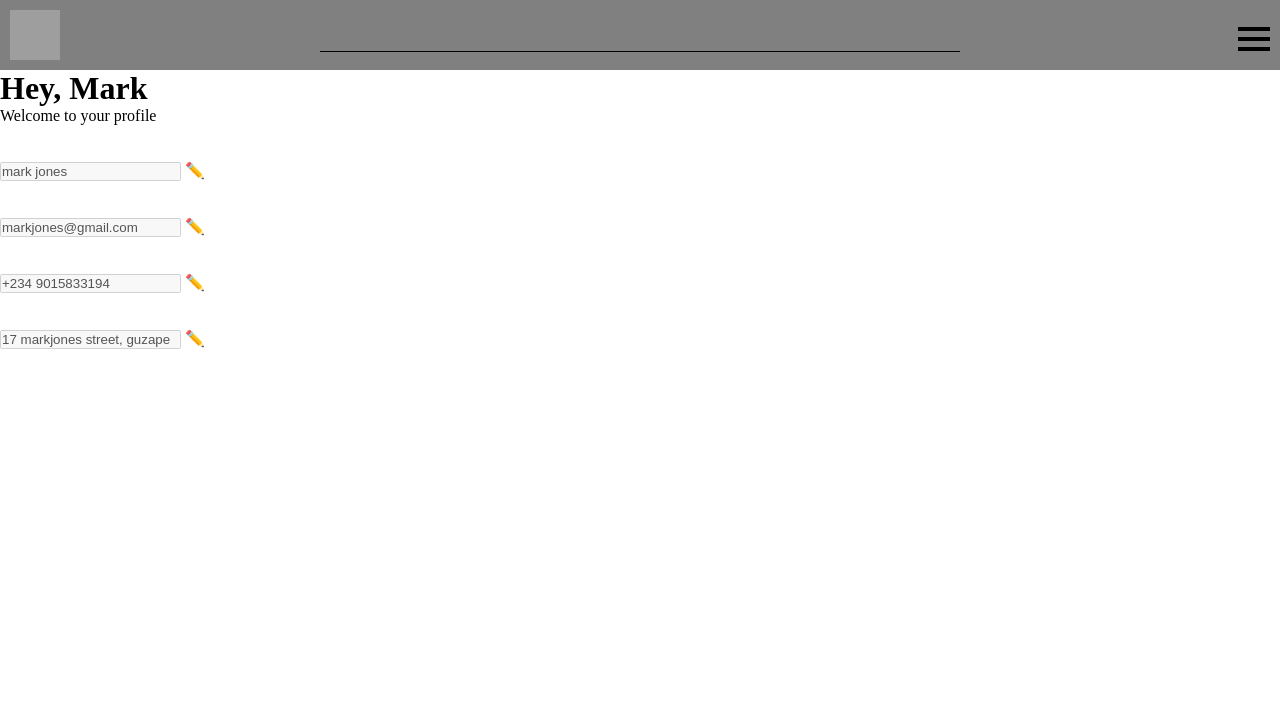
Repository: cmd-keyu/mobileppsh
Page: pages/account.html
An editor plug-in stored every save of this project. The page is shown before and after the next save, followed by the edit.
The browser window is 1280 px wide. The pictures show the whole page.
Pictures or frames that could not be fetched are drawn as grey boxes.

Above is the page before, as saved 2024-11-12 18:40:51.

After the next save:
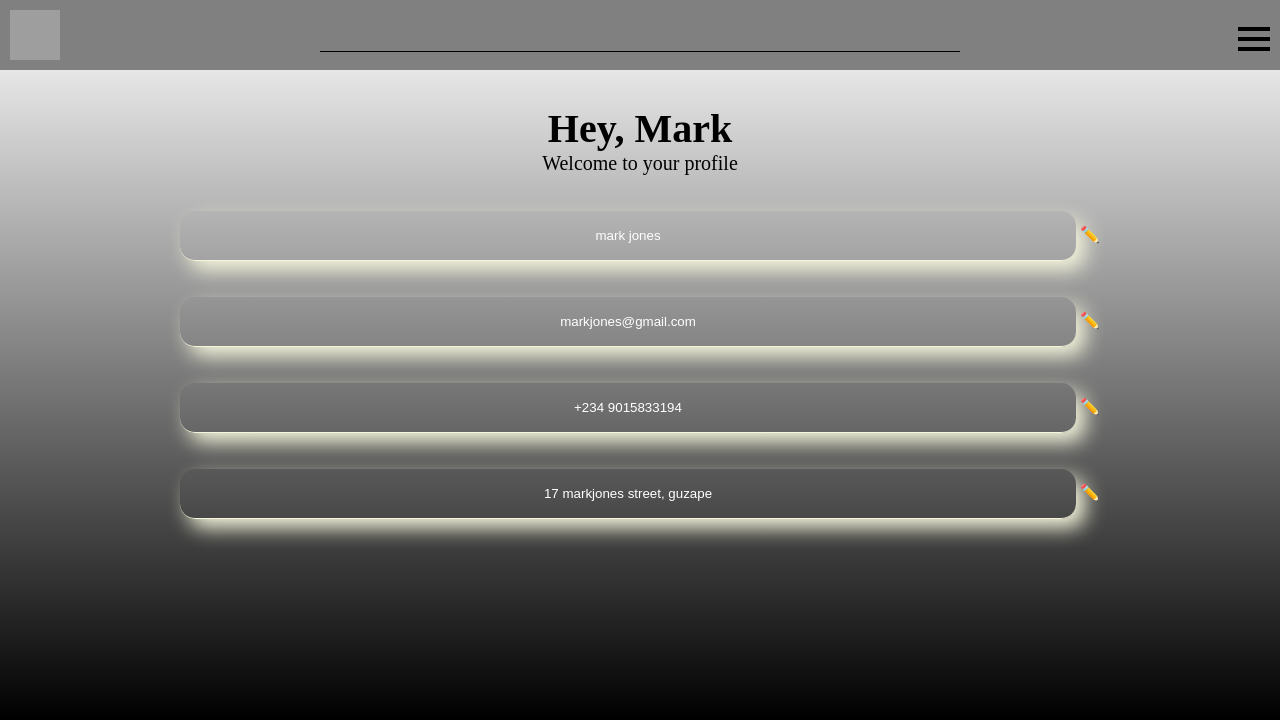
Saved 68 s later.
--- a/css/account.css
+++ b/css/account.css
@@ -10,6 +10,11 @@
   background-color: gray;
   width: 100%;
   height: 70px;
+}
+
+body{
+  background:linear-gradient(white, black) no-repeat;
+  height: 100vh;
 }
 
 .nav2 {
@@ -78,10 +83,12 @@ a:hover {
 .account-sidebar {
   width: 40vw;
   height: 100vh;
-  background-color: gray;
-  border: solid rgba(0, 0, 0, 0.12) 1px;
-  display: none;
-  /* color:rgb(130, 107, 78); */
+  /* background-color: gray; */
+  /* border: solid rgba(0, 0, 0, 0.12) 1px; */
+  display: none;
+  /* position: fixed; */
+  /* left: 0; */
+
 }
 
 .disbtn {
@@ -93,7 +100,7 @@ a:hover {
 }
 
 .sidebar_opens {
-  border-top: solid black 1px;
+  border-top: solid gray 5px;
   height: 11%;
   width: 100%;
   text-align: center;
@@ -101,11 +108,13 @@ a:hover {
   background-color: lightgrey;
   font-family:Georgia, 'Times New Roman', Times, serif;
   font-weight: bold;
+  background-color: black;
+  color: white;
 
 }
 
 .sidebar_opens2 {
-  border-top: solid black 1px;
+  border-top: solid gray  5px;
   height: 11%;
   width: 100%;
   text-align: center;
@@ -113,6 +122,8 @@ a:hover {
   background-color: lightgrey;
   font-family:Georgia, 'Times New Roman', Times, serif;
   font-weight: bold;
+  color: white;
+  background-color: black;
 
 }
 
@@ -135,7 +146,6 @@ footer h2{
 
 .footup{
      text-align: center;
-     /* border: 1px solid rgb(7, 7, 89); */
      background-color:rgb(2, 2, 31);
      padding: 10px;
      border-bottom: 1px solid wheat;
@@ -158,3 +168,114 @@ footer h2{
   font-size: 17px;
   margin-left: 10px;
 }
+
+.dispdiv1{
+  margin-top: 35px;
+}
+
+.profile_text0{
+  text-align: center;
+  font-size: 20px
+}
+
+
+.move_input{
+  display: flex;
+  flex-direction: column;
+  justify-self: center;
+}
+
+.hi{
+  text-align: center;
+  border: none;
+  width: 70vw;
+  border-radius: 15px;
+  height: 50px;
+  background-color: inherit;
+  border-bottom: solid beige 1px;
+  box-shadow: 9px 9px 20px beige;
+  color: white;
+
+}
+
+.myorders_topbar{
+  display: flex;
+  justify-content: space-between;
+}
+.opoh{
+  height: 10vh;
+  border: solid white 0.1px;
+  width: 50vw;
+  text-align: center;
+  background-color: black;
+  color: white;
+  font-size: large;
+}
+
+.ordertime{
+  margin-top: 10px;
+  background-color: black;
+  color:white;
+  width: 100vw;
+  height: 10vh;
+  text-align: left;
+  padding: 10px;
+}
+
+.product-container {
+  display: flex;
+  overflow-x: scroll;
+  height: fit-content;
+  overflow-y: hidden;
+  margin-bottom: 5px;
+  box-sizing: border-box;
+}
+
+.product {
+  display: flex;
+  flex-direction: column;
+  background-color: white;
+  border-bottom: solid black 1px;
+  border-top: solid black 1px;
+  text-align: center;
+  padding: 10px;
+  border-radius: 10px;
+  width: 45%;
+  box-sizing: border-box;
+  flex-shrink: 0;
+  margin: 5px;
+  box-shadow: 2px 2px 100px black;
+  /* height: fit-content; */
+}
+
+.new-products {
+  text-decoration: none;
+  color: black;
+  display: block;
+  height: 100%;
+}
+
+.new-products img {
+  display: flex;
+  object-fit: cover;
+  flex-shrink: 1;
+  height: 75%;
+  width: 100%;
+  margin-bottom: 10px;
+
+}
+
+.recent_cancelled{
+  display: none;
+}
+
+.product-container{
+  display: none;
+}
+
+/* .hi3{
+color: white;
+}
+.hi4{
+  color: white;
+} */
